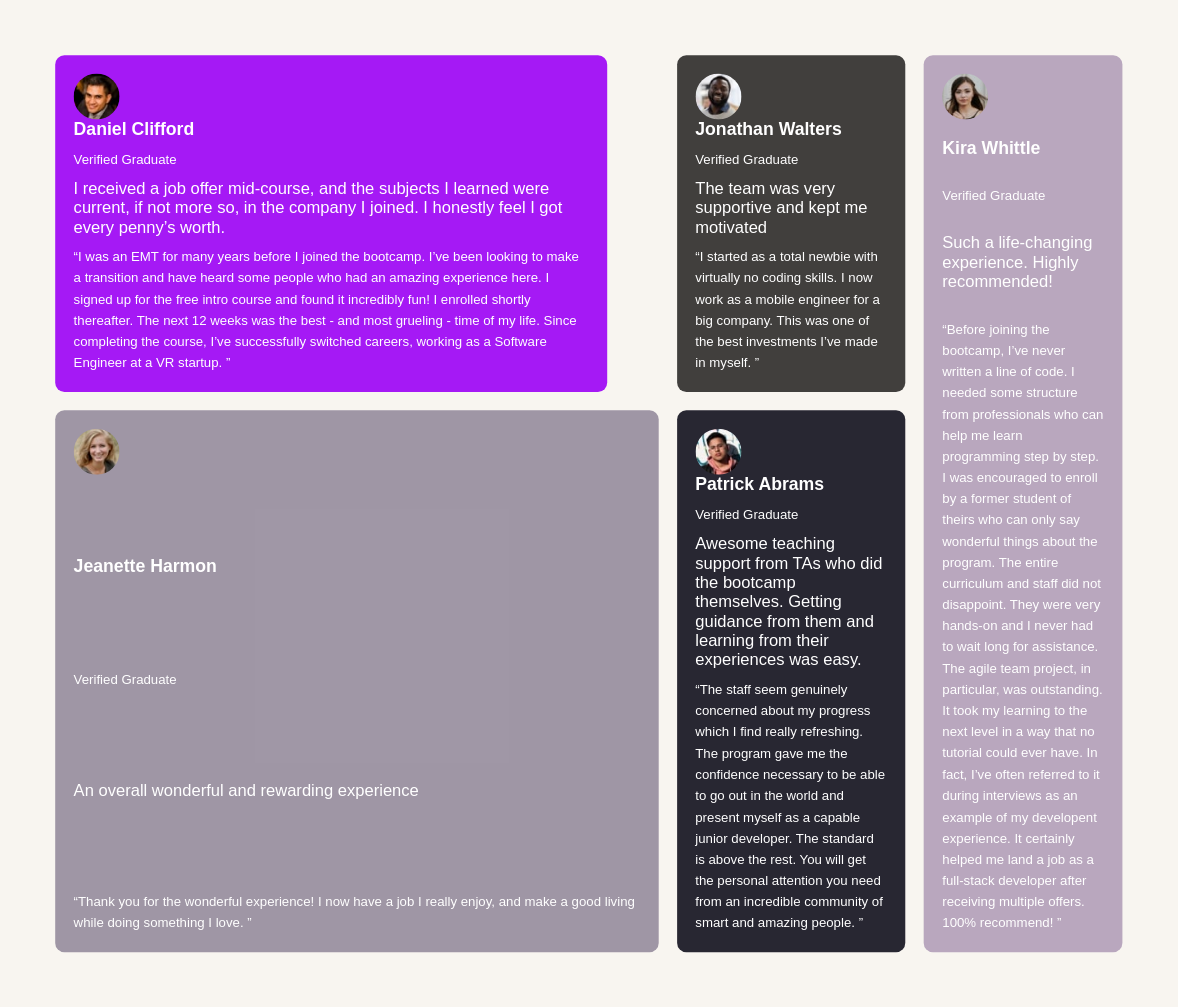
Repository: MagedElRefaey/Grid-Project
Page: Task.html
The author's editor kept a copy of each file at every save. The page is drawn from the files as they stood at one save, then again after the next save.
The browser window is 1280 px wide. The pictures show the whole page, at 92% of full size.

Above is the page before, as saved 2024-09-13 23:24:12.

### Task.html
<!DOCTYPE html>
<html lang="en">
<head>
    <link rel ="stylesheet" href="./Style.css">
    <meta charset="UTF-8">
    <meta name="viewport" content="width=device-width, initial-scale=1.0">
    <title>Document</title>
</head>
<body>
    <div class="Container">
        <div class="Card David"> <img src = "images/image-daniel.jpg">

            <h3>Daniel Clifford</h3>
            <p>Verified Graduate</p>
            <blockquote>
            I received a job offer mid-course, and the subjects I learned were current, if not more so,
            in the company I joined. I honestly feel I got every penny’s worth.</blockquote>

            <p>“I was an EMT for many years before I joined the bootcamp. I’ve been looking to make a
            transition and have heard some people who had an amazing experience here. I signed up
            for the free intro course and found it incredibly fun! I enrolled shortly thereafter.
            The next 12 weeks was the best - and most grueling - time of my life. Since completing
            the course, I’ve successfully switched careers, working as a Software Engineer at a VR startup. ”</p></div>
        <div class="Card Jonathan"><img src = "images/image-jonathan.jpg">
            <h3>Jonathan Walters</h3>
            <p>Verified Graduate</p>

            <blockquote>The team was very supportive and kept me motivated</blockquote>

            <p>“I started as a total newbie with virtually no coding skills. I now work as a mobile engineer
            for a big company. This was one of the best investments I’ve made in myself. ”</p></div>
        <div class="Card Jeanette"> <img src = "images/image-jeanette.jpg">
            <h3>Jeanette Harmon</h3>
            <p>Verified Graduate</p>

            <blockquote>An overall wonderful and rewarding experience</blockquote>

            <p>“Thank you for the wonderful experience! I now have a job I really enjoy, and make a good living
            while doing something I love. ” </p> </div>

        <div class="Card Patrick"><img src="images/image-patrick.jpg">
            <h3>Patrick Abrams</h3>
            <p>Verified Graduate</p>

            <blockquote>Awesome teaching support from TAs who did the bootcamp themselves. Getting guidance from them and
            learning from their experiences was easy.</blockquote>

            <p>“The staff seem genuinely concerned about my progress which I find really refreshing. The program
            gave me the confidence necessary to be able to go out in the world and present myself as a capable
            junior developer. The standard is above the rest. You will get the personal attention you need from
            an incredible community of smart and amazing people. ”</p>
           </div>
        <div class="Card Kira"><img src="images/image-kira.jpg">
            <h3>Kira Whittle</h3>
            <p>Verified Graduate</p>

            <blockquote>Such a life-changing experience. Highly recommended!</blockquote>

            <p>“Before joining the bootcamp, I’ve never written a line of code. I needed some structure from
            professionals who can help me learn programming step by step. I was encouraged to enroll by a former
            student of theirs who can only say wonderful things about the program. The entire curriculum and staff
            did not disappoint. They were very hands-on and I never had to wait long for assistance. The agile team
            project, in particular, was outstanding. It took my learning to the next level in a way that no tutorial
            could ever have. In fact, I’ve often referred to it during interviews as an example of my developent
            experience. It certainly helped me land a job as a full-stack developer after receiving multiple offers.
            100% recommend! ”</p> </div>
    </div>
</body>
</html>

### Style.css
*{
    margin:0;
    padding: 0;
    box-sizing: border-box;
    font-family: Arial, sans-serif;
}
body{
    background-color: rgb(248, 245, 240);
    padding: 20px;
}
.Container {
    padding: 40px 40px 40px;
    display: grid;
    grid-template-columns: repeat(4,1fr);
    grid-template-columns: auto auto;
    grid-template-areas: "David  Jonathan Jonathan Kira"
                        "Jeanette Patrick Patrick Kira";
    gap: 20px;

}
.Card{
    padding: 20px;
    border-radius: 10px;
    color: white;
    display: flex;
    flex-direction: column;
    justify-content: space-between;
    align-items: start;
}
.Card img{
    width: 50px;
    height: 50px;
    border-radius: 50%;
    object-fit: cover;

}
.David{
    grid-area:David;
    /* height: 100%;
    width: 100%;
    border: 3px solid black; */
    /* padding: 20px 0; */
    background-color: #9c00f7e5;
    width: 600px;

}
.Jonathan{
    grid-area:Jonathan;
    /* height: 100%;
    width: 100%;
    border: 3px solid black; */
    /* padding: 20px 0; */
    background-color: #1d1c1bd5;
}
.Jeanette{
    grid-area:Jeanette;
    /* height: 100%;
    width: 100%;
    border: 3px solid black; */
    /* padding: 20px 0; */
    background-color: #968c9ee5;
    width: 100%;
    height: 100%;
}
.Patrick{
    grid-area:Patrick;
    /* height: 100%;
    width: 100%;
    border: 3px solid black; */
    /* padding: 20px 0; */
    background-color: #11101de5;
    width: 100%;
    height: 100%;


}
.Kira{
    grid-area:Kira;
    /* height: 100%;
    width: 100%;
    border: 3px solid black; */
    /* padding: 20px 0; */
    background-color: #b39fb9e5;
}
h3{
    margin-bottom: 10px;
    font-size: 1.2rem;
}
p{
    font-size: 0.9rem;
    line-height: 1.6;

}
blockquote {
font-style: times;
font-size:18px;
color: white;
margin: 10px 0;
}

@media  (max-width:780px){
    .Container{
        grid-template-columns: repeat(2,1fr);
    }
}

After the next save:
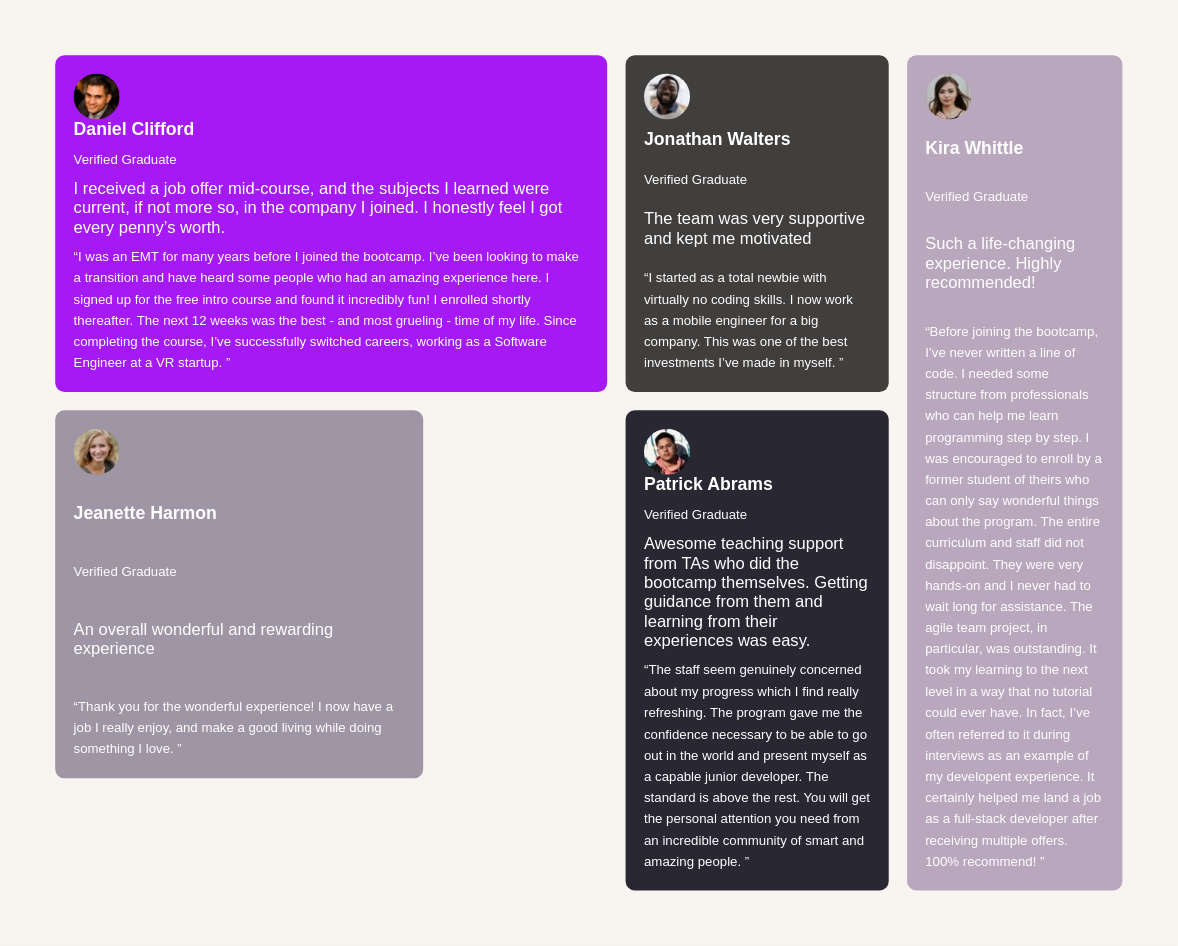
Saved 5 s later.
--- a/Style.css
+++ b/Style.css
@@ -59,8 +59,8 @@ body{
     border: 3px solid black; */
     /* padding: 20px 0; */
     background-color: #968c9ee5;
-    width: 100%;
-    height: 100%;
+    width: 400px;
+    height: 400px;
 }
 .Patrick{
     grid-area:Patrick;
